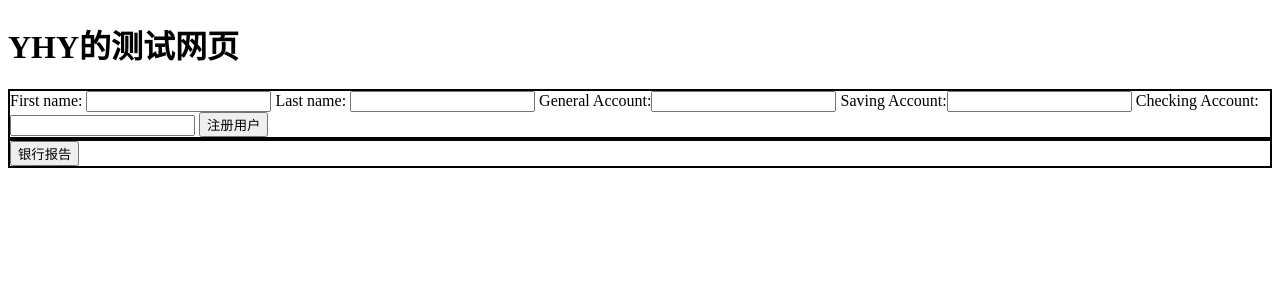
Repository: Darkmoon1/Bank-java-
Page: Bank/myBank/WebContent/home.html
The author's editor kept a copy of each file at every save. The page is drawn from the files as they stood at one save, then again after the next save.
The browser window is 1280 px wide. The pictures show the whole page.

Above is the page before, as saved 2017-07-13 18:05:09.

After the next save:
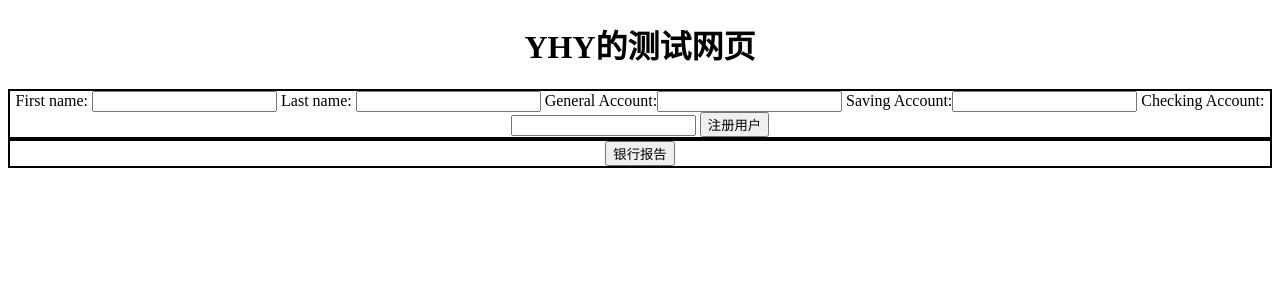
Saved 21 s later.
--- a/Bank/myBank/WebContent/home.html
+++ b/Bank/myBank/WebContent/home.html
@@ -8,7 +8,9 @@
     <script type="text/javascript" src="js/jquery.js"></script>
     <script type="text/javascript" src="js/test.js"></script>
     <style type="text/css">
-    body{ text-align:center    }
+    body{
+        text-align:center;
+    }
     div{
     	border: 2px solid black;
     }
